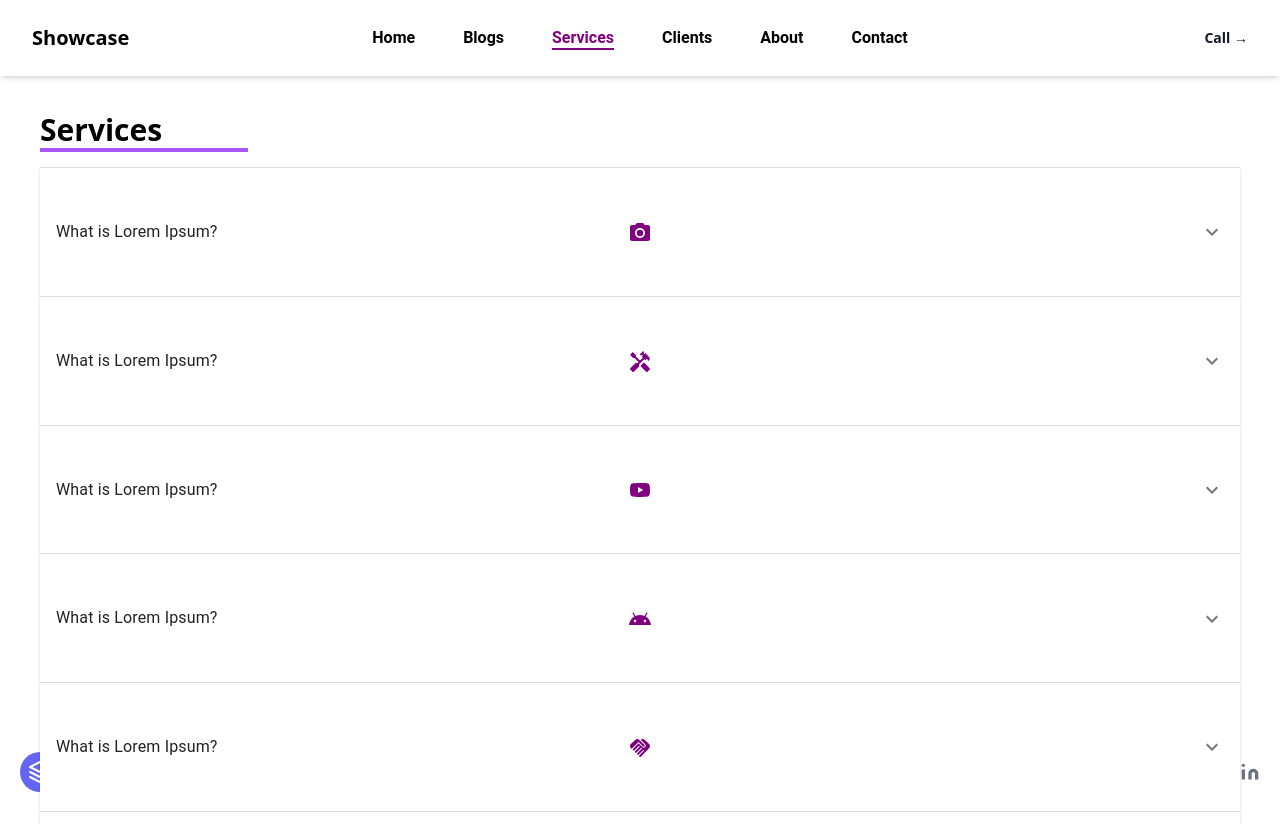
Repository: prashant523580/showcase
Page: /services
These files come from the project's save history. The page is drawn as it stood at one moment and after the next save; the edit follows.
The browser window is 1280 px wide. The pictures show the whole page.
An inner scrolling area shows only its first screen. The project was rebuilt for these pictures with package versions that can differ from the ones it lists, and the page was loaded fresh each time. The framework's server and built-in components were replaced by stand-ins that run in the browser. Also part of the build but not shown: next.config.js.

Above is the page before, as saved 2023-03-25 18:32:05.

After the next save:
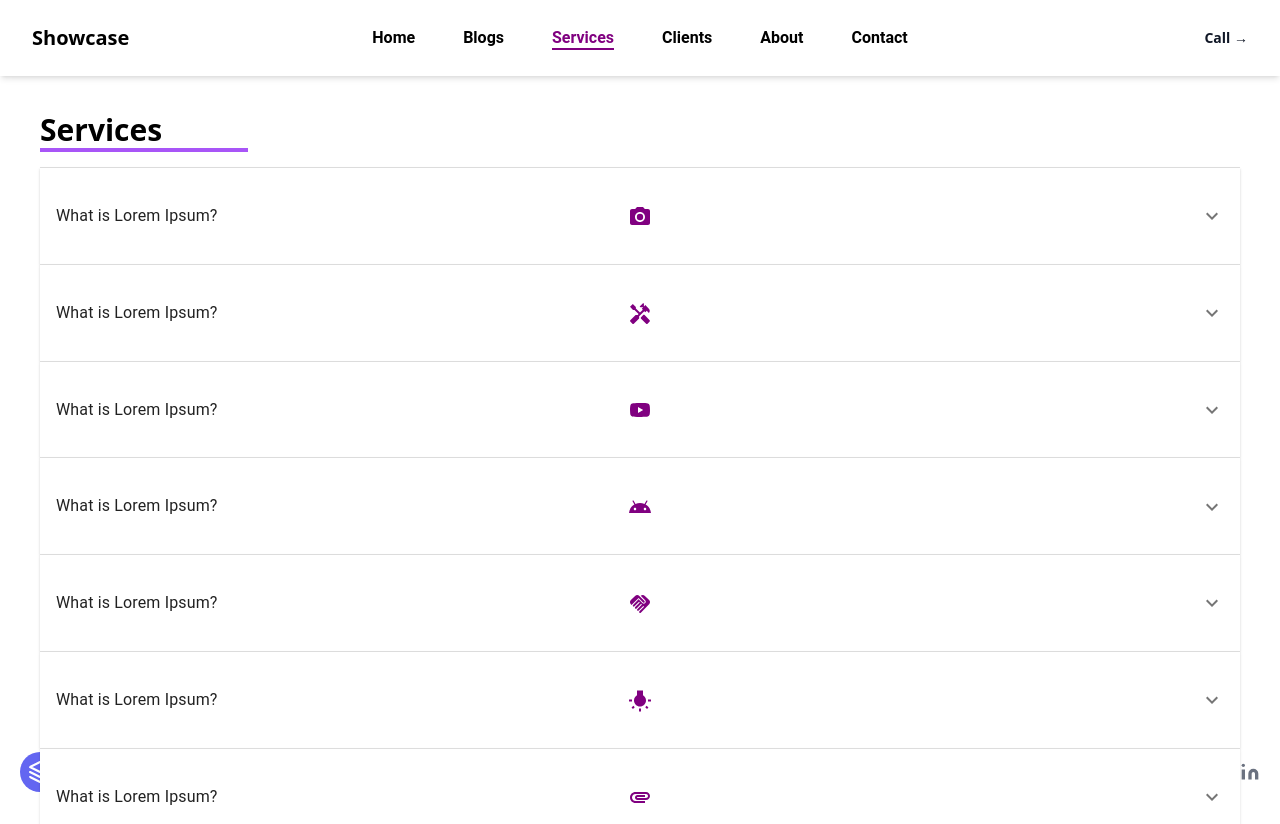
Saved 10 s later.
--- a/src/pages/services.tsx
+++ b/src/pages/services.tsx
@@ -81,7 +81,7 @@ export default function Sercices() {
                     aria-controls="panel1bh-content"
                     id="panel1bh-header"
                     sx={{
-                        py:5
+                        py:3
                     }}
                     >
                     <Typography sx={{ width: '50%', flexShrink: 0 }}>
